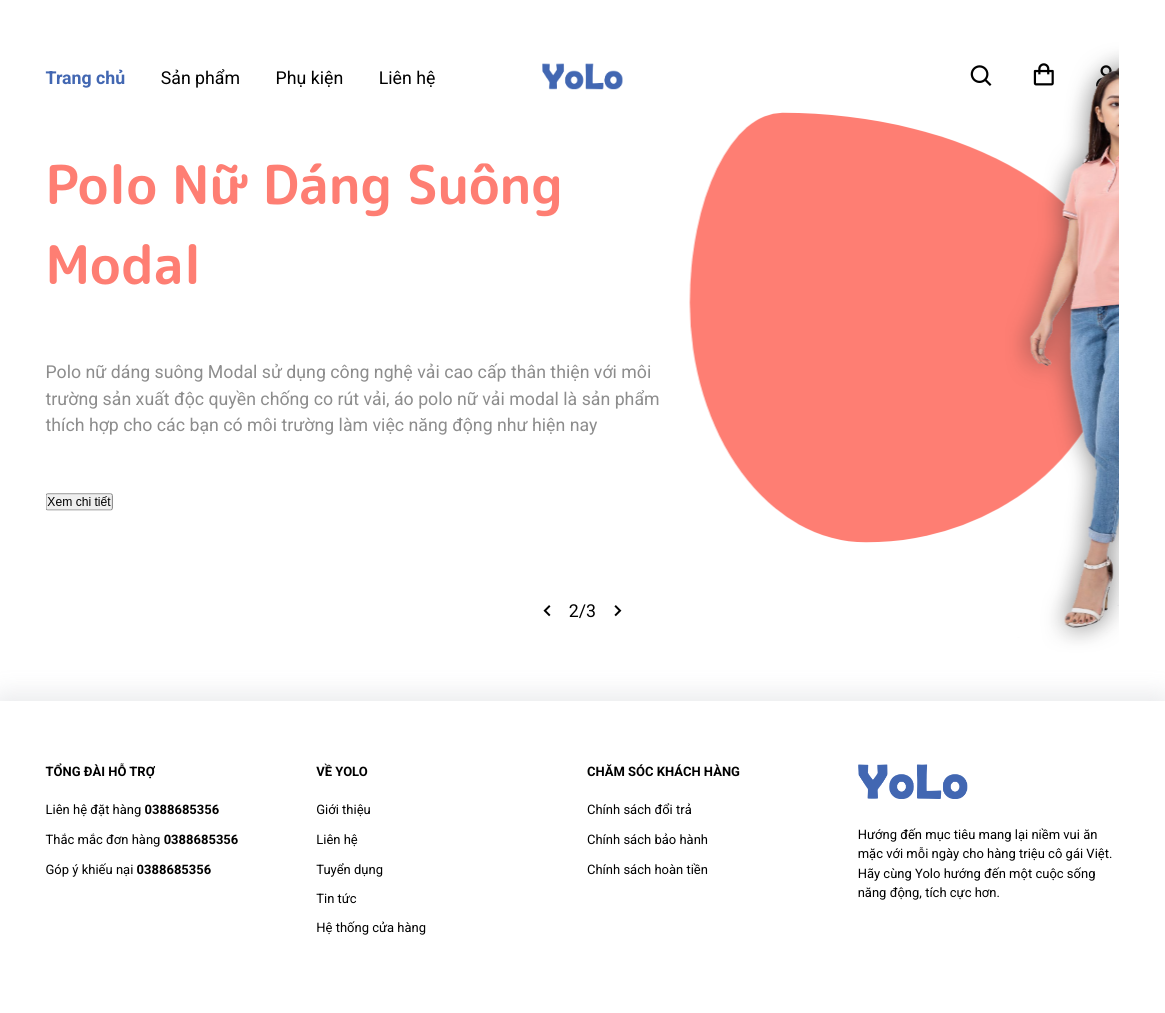
Repository: NguyenThanhBinh1210/Binh-React
Page: / (app in yoloshop/)
These files come from the project's save history. The page is drawn as it stood at one moment and after the next save; the edit follows.
The browser window is 1280 px wide. The pictures show the whole page, at 91% of full size.
The project was rebuilt for these pictures with package versions that can differ from the ones it lists, and the page was loaded fresh each time. A package was used in the major version that the imports need, not the one package.json lists. Also part of the build but not shown: yoloshop/src/pages/Product.jsx, yoloshop/src/pages/Catalog.jsx, yoloshop/src/pages/Cart.jsx, yoloshop/src/pages/Accessory.jsx, yoloshop/src/pages/Contact.jsx.

Above is the page before, as saved 2021-11-25 16:12:04.

### yoloshop/src/index.js
import React from 'react'
import ReactDOM from 'react-dom'
import Layout from './components/Layout'
import reportWebVitals from './reportWebVitals'
import './assets/boxicons-2.0.7/css/boxicons.min.css'
import './sass/index.scss'

ReactDOM.render(
	<React.StrictMode>
		<Layout />
	</React.StrictMode>,
	document.getElementById('root')
)

// If you want to start measuring performance in your app, pass a function
// to log results (for example: reportWebVitals(console.log))
// or send to an analytics endpoint. Learn more: https://bit.ly/CRA-vitals
reportWebVitals()

### yoloshop/src/components/Layout.jsx
import React from 'react'
import { BrowserRouter, Route } from 'react-router-dom'
import Header from './Header'
import Footer from './Footer'
import Routess from '../routes/Routess'

export default function Layout() {
	return (
		<BrowserRouter>
			<Route
				render={props => (
					<div>
						<Header {...props} />
						<div className="container">
							<div className="main">
								<Routess />
							</div>
						</div>
						<Footer />
					</div>
				)}
			/>
		</BrowserRouter>
	)
}

### yoloshop/src/sass/index.scss
@import './variables';
@import './mixins';
@import './base.scss';

@import './components/header';
@import './components/footer';
@import './components/hero-slider.scss';

### yoloshop/src/components/Header.jsx
import React, { useEffect, useRef } from 'react'
import logo from '../assets/images/Logo-2.png'
import { Link, useLocation } from 'react-router-dom'

const mainNav = [
	{
		display: 'Trang chủ',
		path: '/'
	},
	{
		display: 'Sản phẩm',
		path: '/catalog'
	},
	{
		display: 'Phụ kiện',
		path: '/accessories'
	},
	{
		display: 'Liên hệ',
		path: '/contact'
	}
]
export default function Header() {
	const { pathname } = useLocation()
	const activeNav = mainNav.findIndex(e => e.path === pathname)
	const headerRef = React.useRef(null)

	useEffect(() => {
		window.addEventListener('scroll', () => {
			if (
				document.body.scrollTop > 80 ||
				document.documentElement.scrollTop > 80
			) {
				headerRef.current.classList.add('shrink')
			} else {
				headerRef.current.classList.remove('shrink')
			}
		})
		return () => {
			window.removeEventListener('scroll')
		}
	}, [])

	const menuLeft = useRef(null)

	const menuToggle = () => menuLeft.current.classList.toggle('active')

	return (
		<div className="header" ref={headerRef}>
			<div className="container">
				<div className="header__logo">
					<Link to="/">
						<img src={logo} alt="logo" />
					</Link>
				</div>
				<div className="header__menu">
					<div className="header__menu__mobile-toggle" onClick={menuToggle}>
						<i class="bx bx-menu-alt-left"></i>
					</div>
					<div className="header__menu__left" ref={menuLeft}>
						<div className="header__menu__left__close" onClick={menuToggle}>
							<i class="bx bx-chevron-left"></i>
						</div>
						{mainNav.map((item, index) => (
							<div
								key={index}
								className={`header__menu__item  header__menu__left__item ${
									index === activeNav ? 'active' : ''
								}`}
								onClick={menuToggle}
							>
								<Link to={item.path}>
									<span>{item.display}</span>
								</Link>
							</div>
						))}
					</div>
					<div className="header__menu__right">
						<div className="header__menu__item header__menu__right__item">
							<i class="bx bx-search"></i>
						</div>
						<div className="header__menu__item header__menu__right__item">
							<Link to="/cart">
								<i class="bx bx-shopping-bag"></i>
							</Link>
						</div>
						<div className="header__menu__item header__menu__right__item">
							<i class="bx bx-user"></i>
						</div>
					</div>
				</div>
			</div>
		</div>
	)
}

### yoloshop/src/components/Footer.jsx
import React from 'react'
import { Link } from 'react-router-dom'
import Grid from './Grid'
import logo from '../assets/images/Logo-2.png'

const footerAboutLinks = [
	{
		display: 'Giới thiệu',
		path: '/about'
	},
	{
		display: 'Liên hệ',
		path: '/contact'
	},
	{
		display: 'Tuyển dụng',
		path: '/about'
	},
	{
		display: 'Tin tức',
		path: '/about'
	},
	{
		display: 'Hệ thống cửa hàng',
		path: '/about'
	}
]

const footerCustomLinks = [
	{
		display: 'Chính sách đổi trả',
		path: '/about'
	},

	{
		display: 'Chính sách bảo hành',
		path: '/about'
	},

	{
		display: 'Chính sách hoàn tiền',
		path: '/about'
	}
]

export default function Footer() {
	return (
		<footer className="footer">
			<div className="container">
				<Grid col={4} mdCol={2} smCol={1} gap={10}>
					<div>
						<div className="footer__title">Tổng đài hỗ trợ</div>
						<div className="footer__content">
							<p>
								Liên hệ đặt hàng <strong> 0388685356</strong>
							</p>
							<p>
								Thắc mắc đơn hàng <strong> 0388685356</strong>
							</p>
							<p>
								Góp ý khiếu nại <strong> 0388685356</strong>
							</p>
						</div>
					</div>
					<div>
						<div className="footer__title">Về Yolo</div>
						<div className="footer__content">
							{footerAboutLinks.map((item, i) => (
								<p key={i} className="">
									<Link to={item.path}>{item.display}</Link>
								</p>
							))}
						</div>
					</div>
					<div>
						<div className="footer__title">Chăm sóc khách hàng</div>
						<div className="footer__content">
							{footerCustomLinks.map((item, i) => (
								<p key={i} className="">
									<Link to={item.path}>{item.display}</Link>
								</p>
							))}
						</div>
					</div>
					<div className="footer__about">
						<p>
							<Link to="/">
								<img src={logo} className="footer__logo" alt="logo" />
							</Link>
						</p>
						<p>
							Hướng đến mục tiêu mang lại niềm vui ăn mặc với mỗi ngày cho hàng
							triệu cô gái Việt. Hãy cùng Yolo hướng đến một cuộc sống năng
							động, tích cực hơn.
						</p>
					</div>
				</Grid>
			</div>
		</footer>
	)
}

### yoloshop/src/routes/Routess.jsx
import React from 'react'
import { Switch, Route } from 'react-router-dom'
import Home from '../pages/Home'
import Product from '../pages/Product'
import Catalog from '../pages/Catalog'
import Cart from '../pages/Cart'
import Accessory from '../pages/Accessory'
import Contact from '../pages/Contact'

const Routess = () => {
	return (
		<Switch>
			<Route path="/" exact component={Home}></Route>
			<Route path="/catalog/:slug" component={Product}></Route>
			<Route path="/catalog" component={Catalog}></Route>
			<Route path="/cart" component={Cart}></Route>
			<Route path="/accessories" component={Accessory}></Route>
			<Route path="/contact" component={Contact}></Route>
		</Switch>
	)
}

export default Routess

### yoloshop/src/sass/_variables.scss
$main-bg: #fff;
$main-color: #4267b2;

$txt-main-color: #000000;
$txt-second-color: #8d8d8d;
$txt-white: #fff;

$btn-main-bg: $main-color;
$btn-main-color: #fff;

$header-height: 170px;
$header-tablet-height: 70px;
$header-mobile-height: 40px;
$header-shrink-height: 70px;

$box-shadow: rgba(149, 157, 165, 0.2) 0px 0px 24px 8px;

$colors: (
	'blue': #4267b2,
	'orange': #fbb96b,
	'pink': #fe7e73,
	'white': #fff,
	'black': #000,
	'main': $main-color
);

$mobile-width: 600px;
$tablet-width: 1024px;

$numbers: (0, 1, 2, 3, 4, 5, 6, 7, 8);

### yoloshop/src/sass/_mixins.scss
@mixin flex($align-item, $justify-content) {
	display: flex;
	align-items: $align-item;
	justify-content: $justify-content;
}

@mixin mobile {
	@media only screen and (max-width: $mobile-width) {
		@content;
	}
}
@mixin tablet {
	@media only screen and (max-width: $tablet-width) {
		@content;
	}
}

### yoloshop/src/sass/_base.scss
@import url('https://fonts.googleapis.com/css2?family=Roboto:ital,wght@0,100;0,300;0,400;0,500;0,700;0,900;1,100;1,300;1,400;1,500;1,700;1,900&display=swap');

@import url('https://fonts.googleapis.com/css2?family=M+PLUS+Rounded+1c:wght@100;300;400;500;700;800;900&display=swap');

* {
	padding: 0;
	margin: 0;
	box-sizing: border-box;
	-webkit-tap-highlight-color: transparent;
	user-select: none;
}

html {
	font-size: 13px;
}

body {
	font-family: 'Roboto', sans-serif;
}

ul {
	list-style-type: none;
}

a {
	text-decoration: none;
	color: unset;
}

@each $color, $val in $colors {
	.color-#{$color} {
		color: $val;
	}

	.bg-#{$color} {
		background-color: $val;
	}
}

@each $val in $numbers {
	.grid-col-#{$val} {
		grid-template-columns: repeat($val, 1fr);
	}
}

@each $val in $numbers {
	.grid-col-md-#{$val} {
		@include tablet {
			grid-template-columns: repeat($val, 1fr);
		}
	}
}

@each $val in $numbers {
	.grid-col-sm-#{$val} {
		@include mobile {
			grid-template-columns: repeat($val, 1fr);
		}
	}
}

.container {
	width: 100%;
	max-width: 1620px;
	padding: 0 50px;
	margin: auto;

	@include tablet {
		padding: 0 20px;
	}

	@include mobile {
		padding: 0 10px;
	}
}

.main {
	margin-top: $header-height;
	margin-bottom: 2rem;
	min-height: 100vh;

	@include tablet {
		margin-top: calc(#{$header-tablet-height} + 20px);
	}
	@include mobile {
		margin-top: calc(#{$header-mobile-height} + 10px);
	}
}

.grid {
	display: grid;
}

### yoloshop/src/sass/components/_header.scss
.header {
	background-color: $main-bg;
	position: fixed;
	top: 0;
	left: 0;
	width: 100%;
	z-index: 99;
	height: $header-height;
	transition: height 0.3s ease;

	@include tablet {
		height: $header-tablet-height;
		box-shadow: $box-shadow;
	}
	@include mobile {
		height: $header-mobile-height;
	}

	.container {
		height: 100%;
	}

	&.shrink {
		height: $header-shrink-height;
		box-shadow: $box-shadow;
		z-index: 10001;
	}

	&__logo {
		@include flex(center, center);
		position: absolute;
		inset: 0;
		pointer-events: none;

		img {
			height: 28px;
		}
	}

	&__menu {
		@include flex(center, space-between);
		height: 100%;
		font-size: 1.5rem;

		&__item ~ &__item {
			margin-left: 39px;
			@include tablet {
				margin-left: 20px;
			}
			@include mobile {
				margin-left: 10px;
			}
		}
		&__item.active {
			font-weight: 600;
			color: $main-color;
		}
		&__item:hover {
			color: $main-color;
		}
		&__left,
		&__right {
			@include flex(center, center);
			height: 100%;
		}

		&__right {
			font-size: 2.25rem;
			&__item {
				@include flex(center, center);
			}
			@include mobile {
				font-size: 1.5rem;
			}
		}

		&__left {
			&__close {
				display: none;
			}

			@include tablet {
				flex-direction: column;
				background-color: $main-bg;
				position: absolute;
				left: 0;
				top: 0;
				width: 100%;
				height: 100vh;
				justify-content: flex-start;
				padding-top: 30px;
				transform: translateX(-100%);
				transition: transform 0.5s ease;

				&.active {
					transform: translateX(0);
				}

				&__item ~ &__item {
					margin-left: unset;
					margin-top: 20px;
				}
				&__close {
					display: block;
					position: absolute;
					left: 20px;
					font-size: 2.5rem;
				}
			}
		}
		&__mobile-toggle {
			display: none;

			@include tablet {
				display: block;
				font-size: 2.5rem;
			}
		}
	}
}

### yoloshop/src/sass/components/_footer.scss
.footer {
	padding: 70px 0;
	box-shadow: $box-shadow;
	font-size: 1.1rem;
	a:hover {
		color: $main-color;
	}
	&__logo {
		height: 38px;
	}
	&__about {
		p {
			margin-bottom: 2rem;
		}
		p:not(:first-child) {
			line-height: 1.5;
		}
	}
	&__title {
		text-transform: uppercase;
		margin-bottom: 2rem;
		font-weight: 600;
	}
	&__content {
		p {
			margin-bottom: 1.25rem;
		}
	}
}

### yoloshop/src/sass/components/_hero-slider.scss
.hero-slider {
	height: 100vh;
	max-height: 1080px;
	overflow: hidden;
	position: relative;
	margin-bottom: 50px;
	margin-top: calc(#{$header-height} * -1);
	@include tablet {
		margin-top: calc(#{$header-tablet-height} * -1);
	}
	@include mobile {
		margin-top: calc(#{$header-mobile-height} * -1);
	}
	&__item {
		@include flex(center, space-between);
		opacity: 0;
		visibility: hidden;
		pointer-events: none;
		position: absolute;
		inset: 0;
		&.active {
			opacity: 1;
			visibility: visible;
			pointer-events: visible;
		}
		&__info {
			width: 58.33%;
			&__title,
			&__description {
				margin-bottom: 60px;

				@include tablet {
					margin-bottom: 15px;
				}
			}
			&__title {
				font-family: 'M Plus Rounded 1c', sans-serif;
				font-weight: 600;
				font-size: 4.5rem;
				line-height: 6.75rem;
				overflow: hidden;
			}
			&__description {
				color: $txt-second-color;
				font-size: 1.5rem;
				line-height: 2.25rem;
				overflow: hidden;
			}
			&__btn {
				overflow: hidden;
			}
		}
		&__image {
			flex-grow: 1;
			position: relative;
			height: 100%;
			z-index: 1000;
			pointer-events: none;
			img {
				height: 100vh;
				position: absolute;
				bottom: 0;
				left: 50%;
			}
			.shape {
				$size: 472px;
				height: $size;
				width: $size;
				position: absolute;
				right: 0;
				top: 50%;
				border-radius: 30% 70% 70% 30% / 30% 30% 70% 70%;
				transform: translate(0, -50%);
				transition: border-radius 13s ease;
				animation: border 10s infinite forwards;
			}
		}
	}
	&__control {
		@include flex(center, center);
		position: absolute;
		bottom: 5%;
		left: 50%;
		transform: translateX(-50%);

		&__item ~ &__item {
			margin-left: 10px;
		}
		&__item {
			@include flex(center, center);
			font-size: 2rem;
			cursor: pointer;

			&:hover {
				color: $main-color;
			}
			.index {
				font-size: 1.5rem;
			}
		}
	}
}

@keyframes border {
	0% {
		border-radius: 30% 70% 70% 30% / 30% 30% 70% 70%;
	}
	50% {
		border-radius: 20% 80% 59% 41% / 43% 45% 55% 57%;
	}
	100% {
		border-radius: 32% 68% 59% 41% / 53% 59% 41% 47%;
	}
}

### yoloshop/src/components/Grid.jsx
import React from 'react'
import PropTypes from 'prop-types'

const Grid = props => {
	const style = {
		gap: props.gap ? `${props.gap}px` : '0'
	}
	const col = props.col ? `grid-col-${props.col}` : '0'
	const mdCol = props.mdCol ? `grid-col-${props.mdCol}` : '0'
	const smCol = props.smCol ? `grid-col-${props.smCol}` : '0'
	return (
		<div className={`grid ${col} ${mdCol} ${smCol}`} style={style}>
			{props.children}
		</div>
	)
}

Grid.propTypes = {
	col: PropTypes.number.isRequired,
	mdCol: PropTypes.number,
	smCol: PropTypes.number,
	gap: PropTypes.number
}

export default Grid

### yoloshop/src/pages/Home.jsx
import React from 'react'
import heroSliderData from '../assets/fake-data/hero-slider'
import Helmet from '../components/Helmet'
import HeroSlider from '../components/HeroSlider'

const Home = () => {
	return (
		<Helmet title="Trang chủ">
			<HeroSlider
				data={heroSliderData}
				control={true}
				auto={true}
				timeOut={4000}
			/>
		</Helmet>
	)
}

export default Home

### yoloshop/src/assets/fake-data/hero-slider.js
const img1 = require('../images/slider/slide_1.png').default
const img2 = require('../images/slider/slide_2.png').default
const img3 = require('../images/slider/slide_3.png').default

const heroSliderData = [
	{
		title: 'Polo nữ Pima cao cấp',
		description:
			'Nhắc đến sự đẳng cấp là không thể không nhắc đến dòng vải pima. Nó tạo nên chất lượng tốt nhất cho bất kỳ sản phẩm thời trang nào. Sợi vải pima dài và dày hơn sợi cotton thông thường gấp đôi nhờ công nghệ dệt tân tiến. Điều đó làm cho kết cấu áo polo chắc chắn, bền chặt, hạn chế tối đa xù lông, mềm mượt, bền màu, vô cùng đảm bảo sức khoẻ người dùng',
		img: img1,
		color: 'blue',
		path: '/catalog/ao-thun-dinosaur-01'
	},
	{
		title: 'Polo Nữ Dáng Suông Modal',
		description:
			'Polo nữ dáng suông Modal sử dụng công nghệ vải cao cấp thân thiện với môi trường sản xuất độc quyền chống co rút vải, áo polo nữ vải modal là sản phẩm thích hợp cho các bạn có môi trường làm việc năng động như hiện nay',
		img: img2,
		path: '/catalog/ao-thun-dinosaur-02',
		color: 'pink'
	},
	{
		title: 'Polo Nữ Coolmax Lacoste',
		description:
			'Mẫu áo polo nữ được làm bằng chất liệu coolmax đem lại cảm giác mát lạnh khi mặc. Thiết kế mẫu áo polo coolmax này có kiểu dáng cực kỳ thoải mái. Tạo sự gọn gàng hứa hẹn sẽ là mẫu áo polo vô cùng hot trong thời điểm sắp tới',
		img: img3,
		path: '/catalog/ao-thun-dinosaur-03',
		color: 'orange'
	}
]

export default heroSliderData

### yoloshop/src/components/Helmet.jsx
import React from 'react'
import PropTypes from 'prop-types'

const Helmet = props => {
	document.title = 'Yolo - ' + props.title

	return <div>{props.children}</div>
}

Helmet.propTypes = {
	title: PropTypes.string.isRequired
}

export default Helmet

### yoloshop/src/components/HeroSlider.jsx
import React, { useCallback, useEffect, useState } from 'react'
import PropTypes from 'prop-types'
import { Link } from 'react-router-dom'

const HeroSlider = props => {
	const data = props.data
	// const activeSlider = 0
	const [activeSlider, setActiveSlider] = useState(0)

	const nextSlide = useCallback(() => {
		const _index = activeSlider + 1 === data.length - 1 ? 0 : activeSlider + 1
		setActiveSlider(_index)
	}, [activeSlider, data])

	const prevSlide = () => {
		const _index = activeSlider - 1 < 0 ? data.length - 1 : activeSlider - 1
		setActiveSlider(_index)
	}
	const timeOut = props.timeOut ? props.timeOut : 3000

	useEffect(() => {
		if (props.auto) {
			const sliderAuto = setInterval(() => {
				nextSlide()
			}, timeOut)
			return () => {
				clearInterval(sliderAuto)
			}
		}
	}, [nextSlide, timeOut, props])
	return (
		<div className="hero-slider">
			{data.map((item, index) => (
				<HeroSliderItem
					key={index}
					item={item}
					active={index === activeSlider}
				/>
			))}
			{props.control ? (
				<div className="hero-slider__control">
					<div className="hero-slider__control__item" onClick={prevSlide}>
						<i className="bx bx-chevron-left"></i>
					</div>
					<div className="hero-slider__control__item">
						<div className="index">
							{activeSlider + 1}/{data.length}
						</div>
					</div>

					<div className="hero-slider__control__item" onClick={nextSlide}>
						<i className="bx bx-chevron-right"></i>
					</div>
				</div>
			) : null}
		</div>
	)
}

HeroSlider.propTypes = {
	data: PropTypes.array.isRequired,
	control: PropTypes.bool,
	auto: PropTypes.bool,
	timeOut: PropTypes.number
}

const HeroSliderItem = props => (
	<div className={`hero-slider__item ${props.active ? 'active' : ''}`}>
		<div className="hero-slider__item__info">
			<div
				className={`hero-slider__item__info__title color-${props.item.color}`}
			>
				<span> {props.item.title}</span>
			</div>
			<div className="hero-slider__item__info__description">
				<span> {props.item.description}</span>
			</div>
			<div className="hero-slider__item__info__btn">
				<Link to={props.item.path}>
					<button>Xem chi tiết</button>
				</Link>
			</div>
		</div>
		<div className="hero-slider__item__image">
			<div className={`shape bg-${props.item.color}`}></div>
			<img src={props.item.img} alt={props.item.title} />
		</div>
	</div>
)

export default HeroSlider

Loaded but not shown: yoloshop/public/index.html (common file); yoloshop/src/reportWebVitals.js (common file); yoloshop/src/assets/boxicons-2.0.7/css/boxicons.min.css (library)

After the next save:
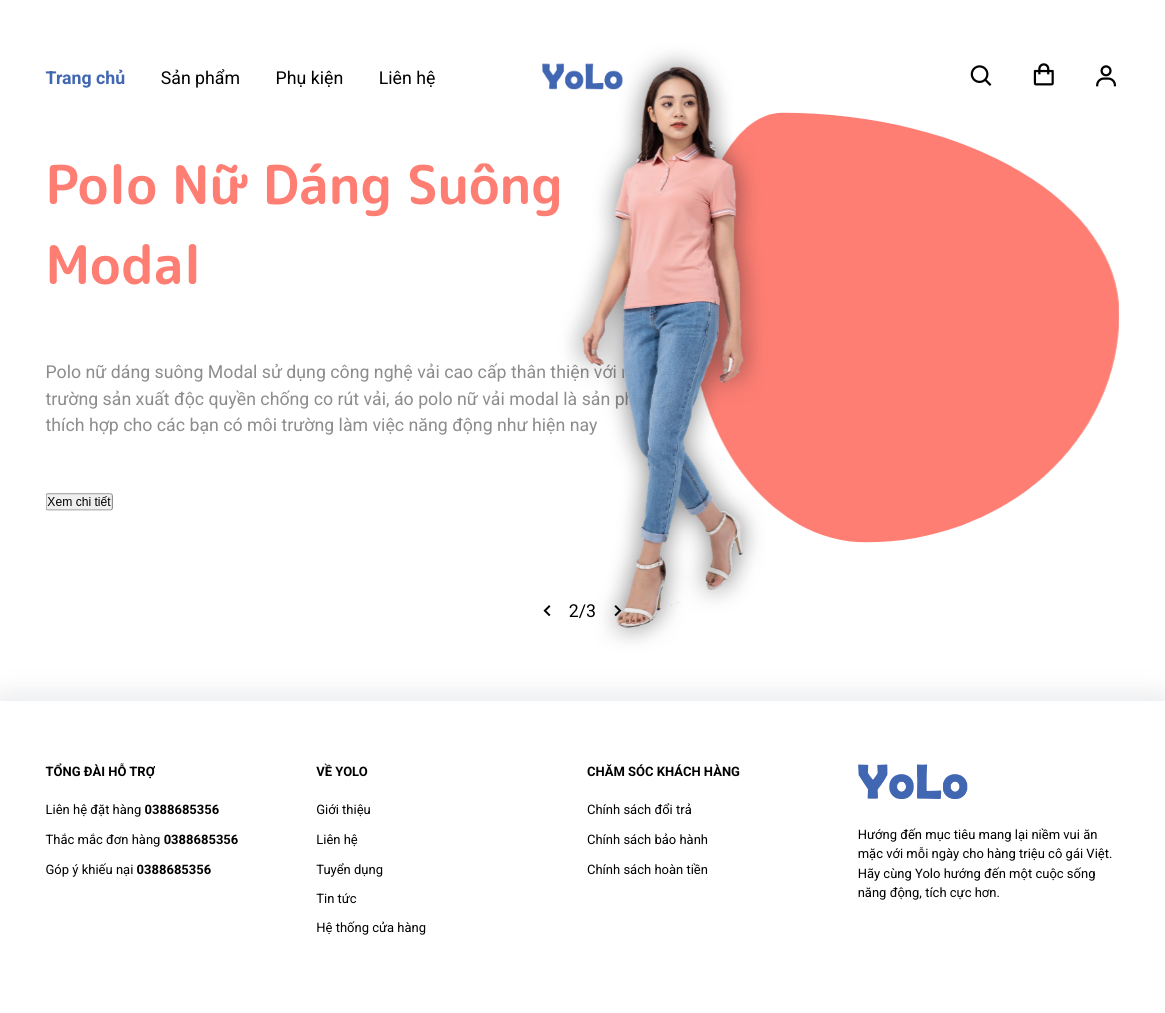
Saved 4 s later.
--- a/yoloshop/src/sass/components/_hero-slider.scss
+++ b/yoloshop/src/sass/components/_hero-slider.scss
@@ -60,7 +60,7 @@
 				height: 100vh;
 				position: absolute;
 				bottom: 0;
-				left: 50%;
+				left: -50%;
 			}
 			.shape {
 				$size: 472px;
